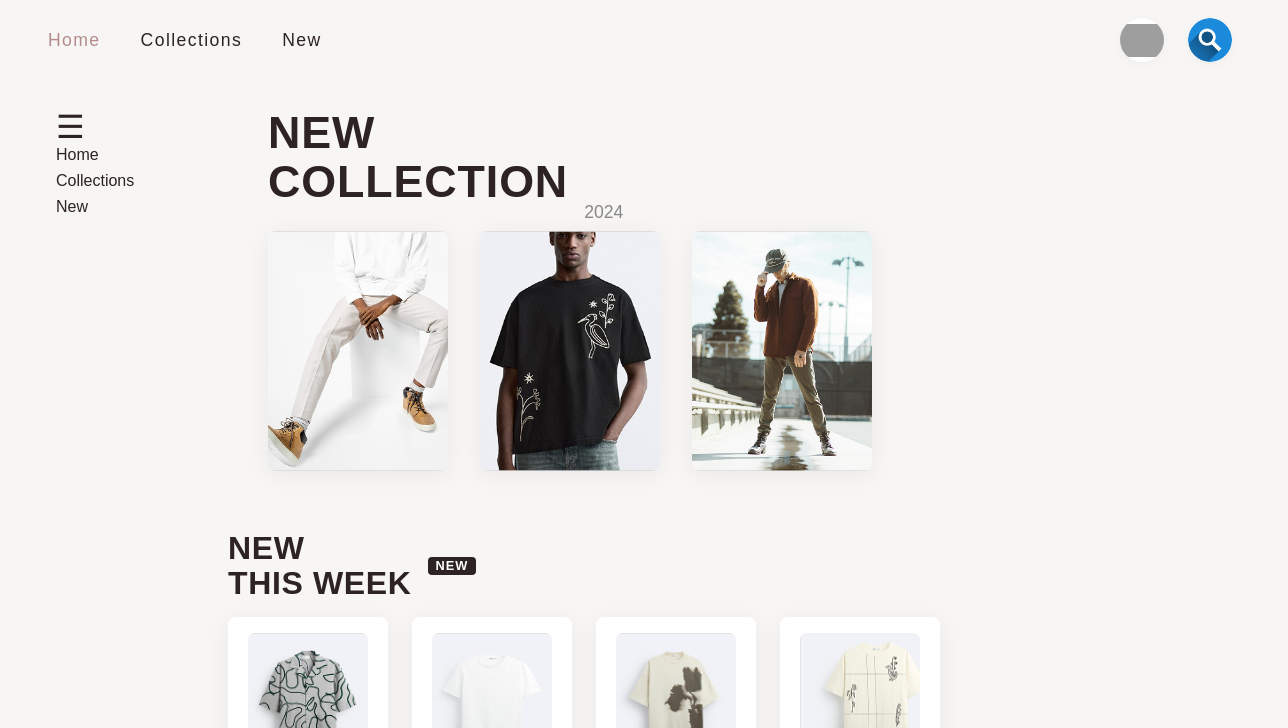
Repository: Diegoms0595/retail-dashboard-app
Page: index.html
These files come from the project's save history. The page is drawn as it stood at one moment and after the next save; the edit follows.
The browser window is 1280 px wide. The page is 1288 px wide, so the pictures cover 1288 px, including what lies to the right of the window. The pictures show the whole page.
Pictures or frames that could not be fetched are drawn as grey boxes. An inner scrolling area shows only its first screen.

Above is the page before, as saved 2025-06-19 20:30:24.

After the next save:
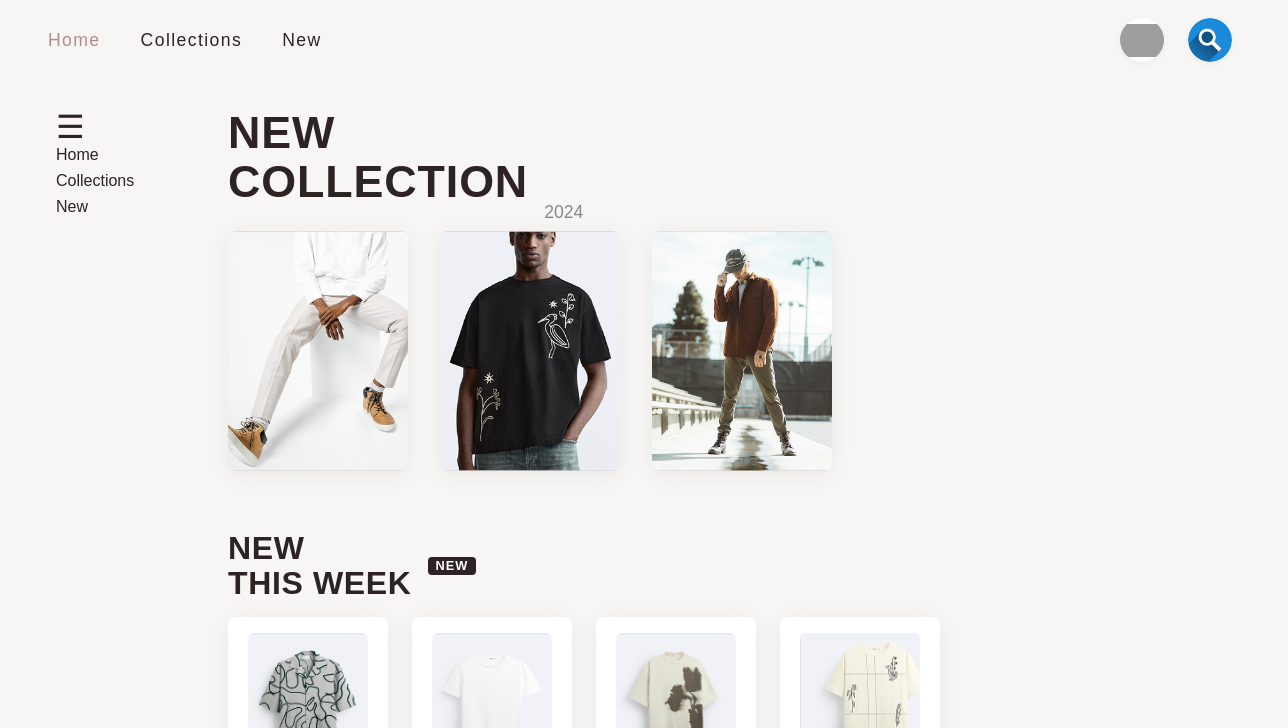
Saved 29 s later.
--- a/style.css
+++ b/style.css
@@ -146,7 +146,6 @@ body {
   display: flex;
   flex-direction: column;
   align-items: flex-start;
-  padding-left: 40px;
 }
 
 .section-header {
